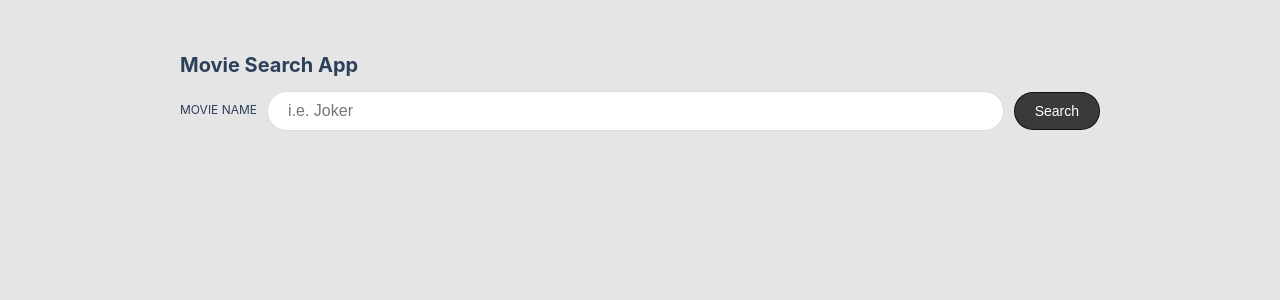
Repository: alialshara94/Movies-Search-React
Page: /
The author's editor kept a copy of each file at every save. The page is drawn from the files as they stood at one save, then again after the next save.
The browser window is 1280 px wide. The pictures show the whole page.
The project was rebuilt for these pictures with package versions that can differ from the ones it lists, and the page was loaded fresh each time.

Above is the page before, as saved 2020-10-22 01:06:09.

### src/App.js
import React from 'react';
import './App.css';
import SearchMovies from './components/SearchMovies';

function App() {
  return (
    <div className="container">
      <h1>Movie Search App</h1>
      <SearchMovies/>
    </div>
  );
}

export default App;

### src/App.css
html {
  font-size: 10px;
}

* {
  box-sizing: border-box;
}

body {
  margin: 0;
  padding: 0;
  background-color: #e5e5e5;
  color: #2d4059;
}

p {
  font-size: 1.6rem;
}

small {
  font-size: 1.2rem;
}

.container {
  margin: 0 auto;
  max-width:1000px;
  padding: 40px;
}

.title {
  font-size: 4.4rem;
  text-align: center
}

.form {
  display:grid;
}

.label {
  font-size: 1.2rem;
  margin-bottom: 0.2rem;
  text-transform: uppercase;
}

.input {
  font-size: 1.6rem;
  padding: 0.5rem 2rem;
  line-height: 2.8rem;
  border-radius: 20px;
  border: 1px solid #ddd;
  margin-bottom: 1rem;
}

.button {
  background-color: rgba(0,0,0,0.75);
  color: white;
  padding: 1rem 2rem;
  border: 1px solid rgba(0,0,0,0.75);
  border-radius: 20px;
  font-size: 1.4rem;
  cursor: pointer;
  transition: background-color 250ms;
}

.button:hover {
  background-color: rgba(0, 0, 0, 0.678);
}

@media (min-width:786px){
  .form {
      grid-template-columns: auto 1fr auto;
      grid-gap: 1rem;
      align-items: center;
  }

  .input {
      margin-bottom: 0;
  }
}

.card-list {
  margin-top: 4rem;
}

.card {
  padding: 2rem 4rem;
  border-radius: 10px;
  box-shadow: 1px 1px 5px rgba(0, 0, 0, 0.349);
  margin-bottom: 2rem;
  background-color: rgb(255, 238, 238);
}

.card--title {
  margin-bottom: 0.5rem;
  font-size: 3.2rem;
}

.card--image {
  margin: 0 auto;
  display: block
}

### src/components/SearchMovies.js
import React, { useState } from 'react';
import MovieCard from './MovieCard';
// https://api.themoviedb.org/3/movie/550?api_key=7c00834b035c312442f00360919940b7
//
// https://api.themoviedb.org/3/search/company?api_key=<<api_key>>&query=a&page=1

const SearchMovies = () => {


    const [query, setQuery] = useState('');
    const [movies, setMovies] = useState([]);

    const searchMovies = async e => {
        e.preventDefault();
        console.log("ok");
        const api_key = "7c00834b035c312442f00360919940b7";
        const url = `https://api.themoviedb.org/3/search/movie?api_key=${api_key}&query=${query}&page=1`;

        try {
            const res = await fetch(url);
            const data = await res.json();
            setMovies(data.results);
        } catch (err) {
            console.error(err);
        }
    };

    const handleQuerySearch = e => {
        setQuery(e.target.value);
    }

    return (
        <div>
            <form className="form" onSubmit={searchMovies}>
                <label htmlFor="query" className="label">Movie Name</label>
                <input className="input" onChange={handleQuerySearch} value={query} type="text" name="query" placeholder="i.e. Joker" />
                <button type="submit" className="button">Search</button>
            </form>
            <MovieCard movies={movies}/>
        </div>
    );
}

export default SearchMovies;

### src/components/MovieCard.js
import React from 'react';

const MovieCard = ({movies}) => {
    return (
        <div className="card-list">
            {movies.filter(movie => movie.poster_path).map(movie => (
                <div className="card" key={movie.id}>
                    <img className="card--image"
                        src={`https://image.tmdb.org/t/p/w185_and_h278_bestv2/${movie.poster_path}`}
                        alt={movie.title + ' info'}
                    />
                    <div className="card--content">
                        <h3 className="card--title">{movie.title}</h3>
                        <p><small>RELEASE DATE: {movie.release_date}</small></p>
                        <p><small>RATING: {movie.vote_average}</small></p>
                        <p className="card--desc">{movie.overview}</p>
                    </div>
                </div>
            ))}
        </div>
    );
};

export default MovieCard;

Loaded but not shown: public/index.html (common file); src/index.js (common file); src/index.css (common file); src/serviceWorker.js (common file)

After the next save:
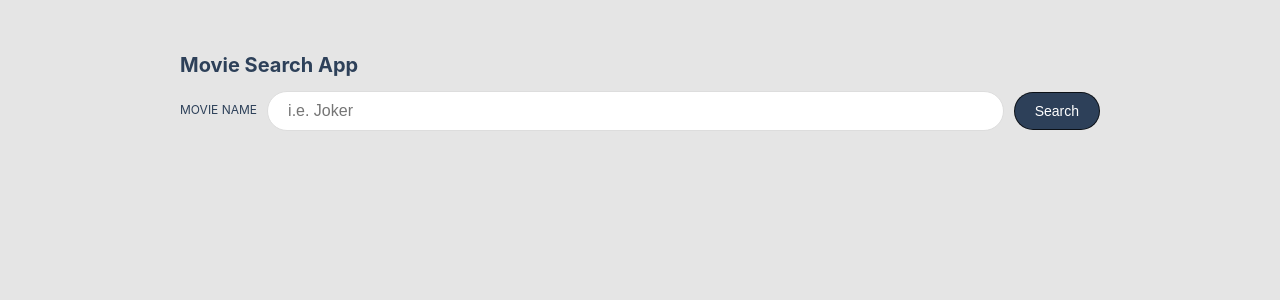
Saved 33 s later.
--- a/src/App.css
+++ b/src/App.css
@@ -52,7 +52,7 @@ small {
 }
 
 .button {
-  background-color: rgba(0,0,0,0.75);
+  background-color: #2d4059;
   color: white;
   padding: 1rem 2rem;
   border: 1px solid rgba(0,0,0,0.75);
